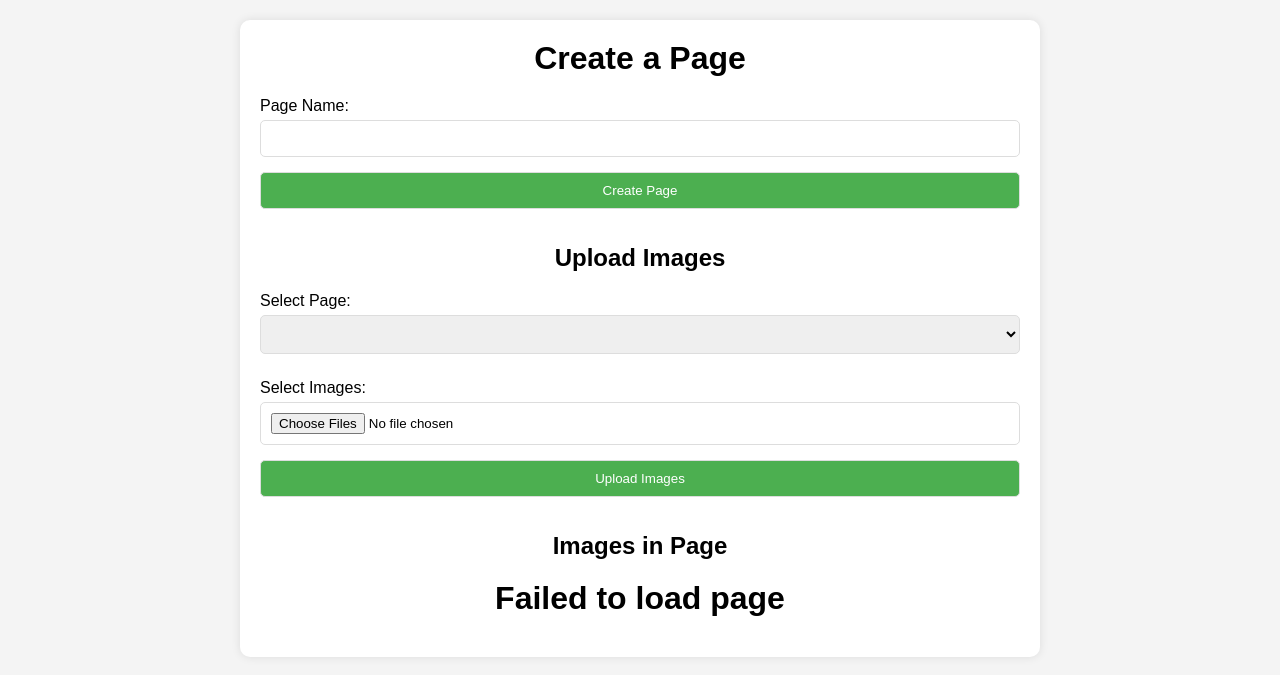
Repository: EphrahimLaanyu123/nffco-images
Page: html/index.html
The author's editor kept a copy of each file at every save. The page is drawn from the files as they stood at one save, then again after the next save.
The browser window is 1280 px wide. The pictures show the whole page.
The page's requests for data from a server got no answer.

Above is the page before, as saved 2025-02-03 09:09:52.

### html/index.html
<!DOCTYPE html>
<html lang="en">
<head>
    <meta charset="UTF-8">
    <meta name="viewport" content="width=device-width, initial-scale=1.0">
    <title>Upload Images</title>
    <link rel="stylesheet" href="styles.css">
</head>
<body>
    <div class="container">
        <h1>Create a Page</h1>
        <form id="createPageForm">
            <label for="pageName">Page Name:</label>
            <input type="text" id="pageName" name="name" required>
            <button type="submit">Create Page</button>
        </form>

        <h2>Upload Images</h2>
        <form id="uploadImagesForm" enctype="multipart/form-data">
            <label for="pageId">Select Page:</label>
            <select id="pageId" name="page_id" required></select>

            <label for="images">Select Images:</label>
            <input type="file" id="images" name="images" multiple required>

            <button type="submit">Upload Images</button>
        </form>

        <h2>Images in Page</h2>
        <div id="imagesContainer"></div>
        <div id="page-container">
            <h1 id="page-name">Loading...</h1>
            <div id="images-container">
                <!-- Images will be displayed here -->
            </div>
        </div>
    </div>

    <script src="app.js"></script>
</body>
</html>

### html/styles.css
* {
    margin: 0;
    padding: 0;
    box-sizing: border-box;
}

body {
    font-family: Arial, sans-serif;
    background-color: #f4f4f4;
    padding: 20px;
}

.container {
    max-width: 800px;
    margin: 0 auto;
    background-color: #fff;
    padding: 20px;
    border-radius: 10px;
    box-shadow: 0 0 10px rgba(0, 0, 0, 0.1);
}

h1, h2 {
    text-align: center;
    margin-bottom: 20px;
}

form {
    margin-bottom: 20px;
}

form label {
    display: block;
    margin: 10px 0 5px;
}

form input, form select, form button {
    width: 100%;
    padding: 10px;
    margin-bottom: 15px;
    border-radius: 5px;
    border: 1px solid #ddd;
}

form button {
    background-color: #4CAF50;
    color: white;
    cursor: pointer;
}

form button:hover {
    background-color: #45a049;
}

#imagesContainer {
    display: flex;
    flex-wrap: wrap;
    gap: 10px;
    justify-content: center;
}

#imagesContainer img {
    max-width: 200px;
    max-height: 200px;
    border-radius: 8px;
}

### html/app.js
// URL for API
const API_URL = 'http://127.0.0.1:5000';

// Create a new page
document.getElementById('createPageForm').addEventListener('submit', async (e) => {
    e.preventDefault();
    const pageName = document.getElementById('pageName').value;

    if (pageName) {
        const response = await fetch(`${API_URL}/pages`, {
            method: 'POST',
            headers: {
                'Content-Type': 'application/json',
            },
            body: JSON.stringify({ name: pageName }),
        });

        const data = await response.json();

        if (response.ok) {
            alert(`Page '${pageName}' created successfully!`);
            loadPageSelect(); // Reload page select dropdown
        } else {
            alert('Error creating page');
        }
    }
});

// Upload images to a page
document.getElementById('uploadImagesForm').addEventListener('submit', async (e) => {
    e.preventDefault();

    const pageId = document.getElementById('pageId').value;
    const images = document.getElementById('images').files;

    if (pageId && images.length > 0) {
        const formData = new FormData();
        formData.append('page_id', pageId);
        for (const image of images) {
            formData.append('images', image);
        }

        const response = await fetch(`${API_URL}/pages/images`, {
            method: 'POST',
            body: formData,
        });

        const data = await response.json();

        if (response.ok) {
            alert('Images uploaded successfully!');
            loadPageImages(pageId); // Reload images for the selected page
        } else {
            alert('Error uploading images');
        }
    }
});

// Load pages into the page selector (dropdown)
async function loadPageSelect() {
    const response = await fetch(`${API_URL}/pages`);
    const data = await response.json();

    const pageSelect = document.getElementById('pageId');
    pageSelect.innerHTML = ''; // Clear existing options

    // Add default "Select Page" option
    const defaultOption = document.createElement('option');
    defaultOption.textContent = "Select Page";
    pageSelect.appendChild(defaultOption);

    data.pages.forEach(page => {
        const option = document.createElement('option');
        option.value = page.id;
        option.textContent = page.name;
        pageSelect.appendChild(option);
    });
}

// Load images for a specific page
async function loadPageImages(pageId) {
    const response = await fetch(`${API_URL}/pages/${pageId}/images`);
    const data = await response.json();

    const imagesContainer = document.getElementById('imagesContainer');
    imagesContainer.innerHTML = ''; // Clear existing images

    data.images.forEach(image => {
        const img = document.createElement('img');
        img.src = `data:[embedded picture, 43 characters]
        imagesContainer.appendChild(img);
    });
}

// Initial loading of pages and images
loadPageSelect();


document.addEventListener('DOMContentLoaded', () => {
    const pageId = 1;  // You can change this to the actual page ID you want to fetch
    const pageNameElement = document.getElementById('page-name');
    const imagesContainer = document.getElementById('images-container');

    // Fetch the page and images from the Flask API
    fetch(`http://127.0.0.1:5000/pages/${pageId}/images`)
        .then(response => response.json())
        .then(data => {
            const { page_name, images } = data;

            // Set the page name
            pageNameElement.textContent = page_name;

            // Display images
            images.forEach(image => {
                const imgElement = document.createElement('img');
                imgElement.src = `data:[embedded picture, 43 characters]
                imgElement.alt = image.filename;
                imgElement.classList.add('image-item');
                imagesContainer.appendChild(imgElement);
            });
        })
        .catch(error => {
            console.error('Error fetching page images:', error);
            pageNameElement.textContent = 'Failed to load page';
        });
});

After the next save:
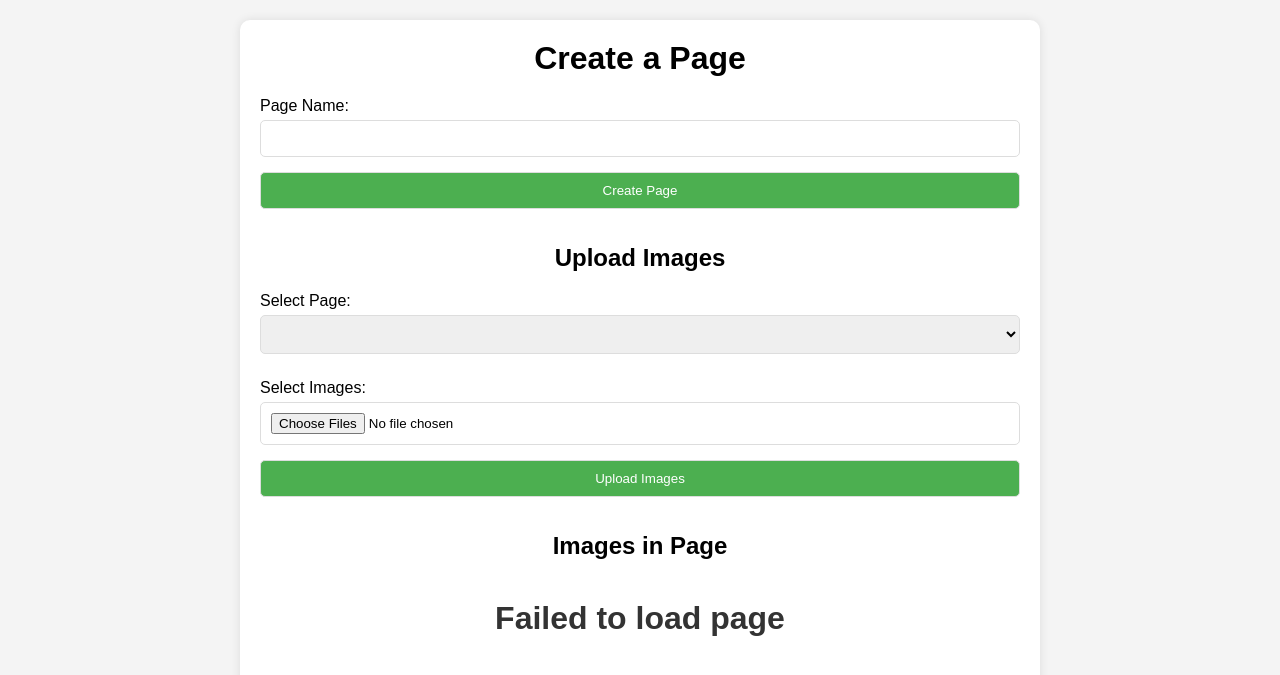
Saved 12 s later.
--- a/html/styles.css
+++ b/html/styles.css
@@ -63,3 +63,34 @@ form button:hover {
     max-height: 200px;
     border-radius: 8px;
 }
+
+
+#page-container {
+    text-align: center;
+    padding: 20px;
+}
+
+#page-name {
+    font-size: 2em;
+    color: #333;
+    margin-bottom: 20px;
+}
+
+#images-container {
+    display: grid;
+    grid-template-columns: repeat(auto-fill, minmax(200px, 1fr));
+    gap: 15px;
+    justify-items: center;
+}
+
+.image-item {
+    max-width: 100%;
+    height: auto;
+    border-radius: 8px;
+    box-shadow: 0 4px 8px rgba(0, 0, 0, 0.1);
+    transition: transform 0.3s ease;
+}
+
+.image-item:hover {
+    transform: scale(1.05);
+}
